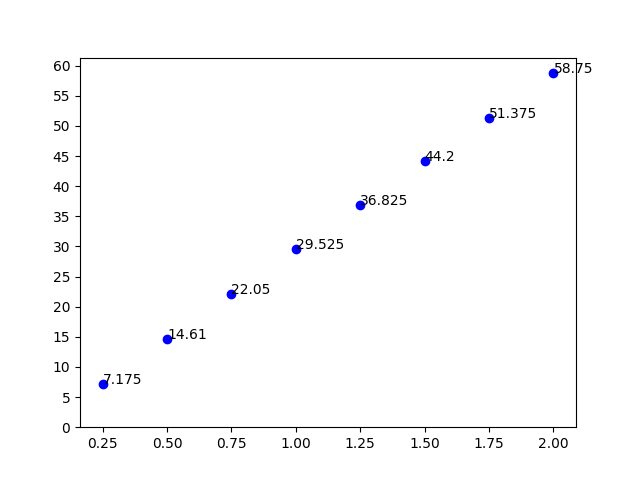
Repository: GreenSheep-Studio/PythonLearning
Script's output: python TableViwer.py
The author's editor kept a copy of each file at every save. The script's output is drawn from the files as they stood at one save, then again after the next save.
Random numbers start from a fixed seed.

Above is the script's output before, as saved 2023-11-01 14:25:30.

### TableViwer.py
import matplotlib.pyplot as plt
import numpy as np
Uh = [7.175,14.61,22.05,29.525,36.825,44.2,51.375,58.75]
Im = [0.25,0.5,0.75,1,1.25,1.5,1.75,2]
plt.scatter(Im, Uh, s=None, c='b', marker=None, label='Uh')
y_ticks = np.arange(0, 65, 5)
plt.yticks(y_ticks)
for x,y in zip(Im,Uh):
    plt.text(x,y,y,fontsize=10)
plt.show()

After the next save:
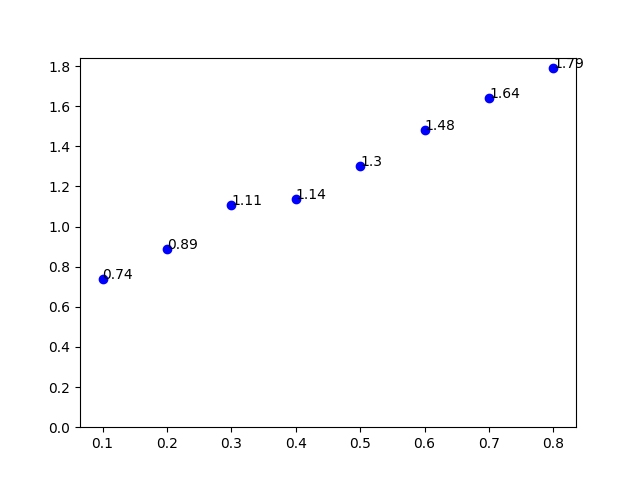
Saved 33 min 1 s later.
--- a/TableViwer.py
+++ b/TableViwer.py
@@ -2,9 +2,11 @@ import matplotlib.pyplot as plt
 import numpy as np
 Uh = [7.175,14.61,22.05,29.525,36.825,44.2,51.375,58.75]
 Im = [0.25,0.5,0.75,1,1.25,1.5,1.75,2]
-plt.scatter(Im, Uh, s=None, c='b', marker=None, label='Uh')
-y_ticks = np.arange(0, 65, 5)
+Is =[0.1,0.2,0.3,0.4,0.5,0.6,0.7,0.8]
+B = [0.74, 0.89, 1.11, 1.14, 1.30, 1.48, 1.64 ,1.79 ]
+plt.scatter(Is, B, s=None, c='b', marker=None, label='Uh')
+y_ticks = np.arange(0, 2, 0.2)
 plt.yticks(y_ticks)
-for x,y in zip(Im,Uh):
+for x,y in zip(Is,B):
     plt.text(x,y,y,fontsize=10)
 plt.show()
